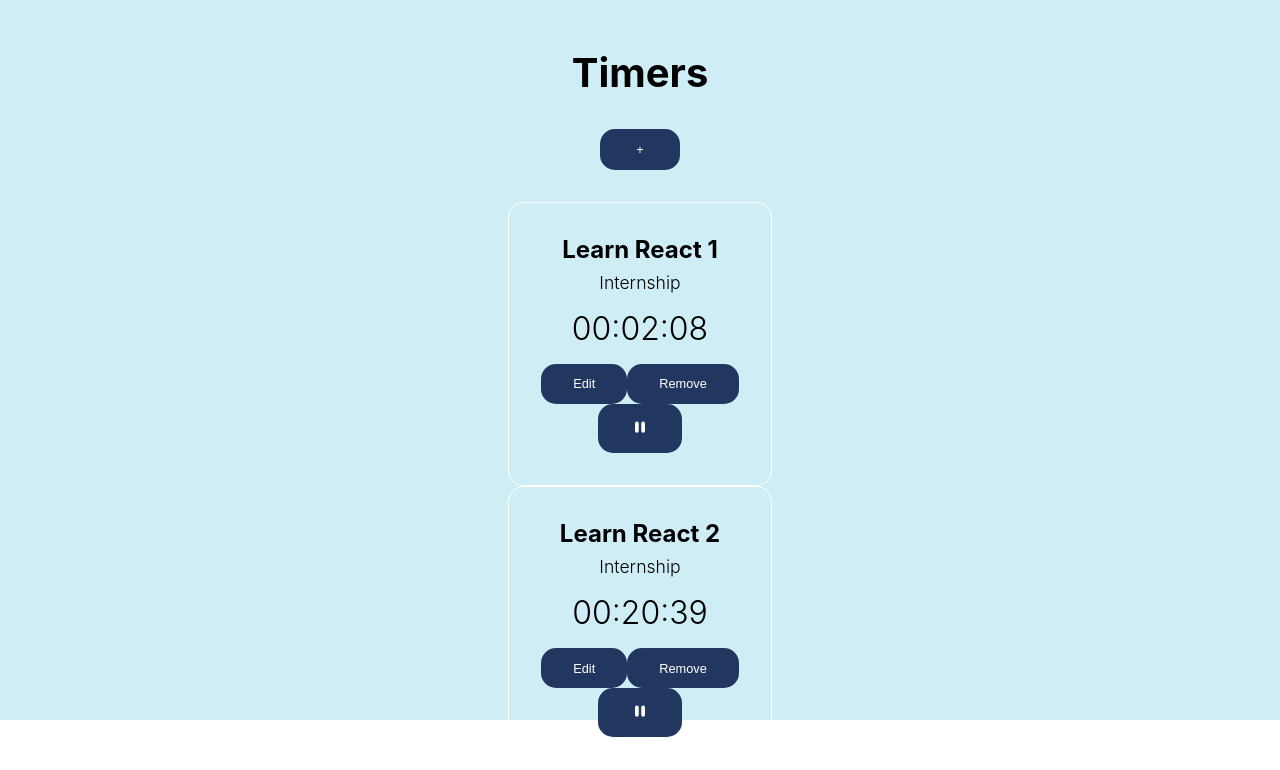
Repository: dqhuy153/react-timer
Page: /
These files come from the project's save history. The page is drawn as it stood at one moment and after the next save; the edit follows.
The browser window is 1280 px wide. The pictures show the whole page.
The project was rebuilt for these pictures with package versions that can differ from the ones it lists, and the page was loaded fresh each time. Also part of the build but not shown: src/components/TimerForm/TimerForm.module.scss, src/components/TimerForm/index.jsx, src/components/EditableTimerForm/EditableTimerForm.module.scss.

Above is the page before, as saved 2021-10-26 17:33:14.

### src/index.css
* {
  padding: 0;
  margin: 0;
  box-sizing: border-box;
}

body {
  margin: 0;
  font-family: -apple-system, BlinkMacSystemFont, 'Segoe UI', 'Roboto', 'Oxygen',
    'Ubuntu', 'Cantarell', 'Fira Sans', 'Droid Sans', 'Helvetica Neue',
    sans-serif;
  -webkit-font-smoothing: antialiased;
  -moz-osx-font-smoothing: grayscale;

  font-size: 62.5%;
}

code {
  font-family: source-code-pro, Menlo, Monaco, Consolas, 'Courier New',
    monospace;
}

### src/App.js
import { useEffect, useRef, useState } from 'react';
import './App.scss';

import EditableTimerForm from './components/EditableTimerForm';
import ToggleableTimerForm from './components/ToggeableTimerForm';
import { newTimer } from './utils/TimerUtils';

function App() {
  const timerRef = useRef();
  const [timers, setTimers] = useState([
    {
      id: 1,
      title: 'Learn React 1',
      project: 'Internship',
      time: 123454,
      isRunning: true,
    },
    {
      id: 2,
      title: 'Learn React 2',
      project: 'Internship',
      time: 1234545,
      isRunning: true,
    },
  ]);

  const handleUpdateTimer = (data) => {
    let newTimers;

    //if has no id, create a new one
    if (!data.id) {
      newTimers = [
        newTimer({
          title: data.title,
          project: data.project,
        }),
        ...timers,
      ];
    }
    //update existing timer
    else {
      newTimers = timers.map((timer, idx) => {
        if (timer.id === data.id) {
          return {
            ...timer,
            title: data.title,
            project: data.project,
          };
        }

        return timer;
      });
    }

    setTimers(newTimers);
  };

  useEffect(() => {
    clearTimeout(timerRef.current);

    timerRef.current = setTimeout(() => {
      const newTimers = timers.map((timer, idx) => {
        if (timer.isRunning)
          return {
            ...timer,
            time: timer.time + 1000,
          };

        return timer;
      });

      setTimers(newTimers);
    }, 1000);
  }, [timers]);

  return (
    <div className="App">
      <div className="body">
        <h1>Timers</h1>

        <ToggleableTimerForm onUpdate={handleUpdateTimer} />

        {timers.map((timer) => {
          return (
            <EditableTimerForm
              key={timer.id}
              id={timer.id}
              title={timer.title}
              project={timer.project}
              timer={timer.time}
              isRunning={timer.isRunning}
            />
          );
        })}
      </div>
    </div>
  );
}

export default App;

### src/App.scss
.App {
  background: #ceedf5;
}

.body {
  display: flex;
  justify-content: flex-start;
  align-items: center;
  flex-direction: column;
  padding: 3rem 0;
  height: 100vh;

  h1 {
    font-size: 2.5rem;
  }
}

### src/components/EditableTimerForm/index.jsx
import React, { useState } from 'react';
import Timer from '../Timer';
import TimerForm from '../TimerForm';

import styles from './EditableTimerForm.module.scss';

const EditableTimerForm = ({
  id,
  title,
  project,
  timer,
  isRunning,
  onUpdate,
  onRemove,
  onTimerClick,
}) => {
  const [isEdit, setIsEdit] = useState(false);

  const handleOpenEdit = () => {
    setIsEdit(true);
  };

  const handleCloseEdit = () => {
    setIsEdit(false);
  };

  const handleUpdate = (data) => {
    onUpdate(data);
    handleOpenEdit();
  };

  const content = isEdit ? (
    <TimerForm
      id={id}
      title={title}
      project={project}
      timer={timer}
      onCancel={handleCloseEdit}
      onUpdate={handleUpdate}
    />
  ) : (
    <Timer
      id={id}
      title={title}
      project={project}
      timer={timer}
      isRunning={isRunning}
      onEdit={handleOpenEdit}
      onRemove={onRemove}
      onTimerClick={onTimerClick}
    />
  );

  return <div className={styles.container}>{content}</div>;
};

export default EditableTimerForm;

### src/components/ToggeableTimerForm/index.jsx
import { useState } from 'react';
import Button from '../Button';
import TimerForm from '../TimerForm';

import styles from './ToggleableTimerForm.module.scss';

const ToggleableTimerForm = ({ onUpdate, ...props }) => {
  const [isOpen, setIsOpen] = useState(false);

  const handleOpenForm = () => {
    setIsOpen(true);
  };

  const handleCloseForm = () => {
    setIsOpen(false);
  };

  const handleUpdate = (data) => {
    onUpdate(data);
    handleCloseForm();
  };

  const content = isOpen ? (
    <TimerForm onCancel={handleCloseForm} onUpdate={handleUpdate} />
  ) : (
    <Button onClick={handleOpenForm}>+</Button>
  );

  return <div className={styles.container}>{content}</div>;
};

export default ToggleableTimerForm;

### src/utils/TimerUtils.js
import { v4 as uuidv4 } from 'uuid';

export const millisecondsToHuman = (ms) => {
  const seconds = Math.floor((ms / 1000) % 60);
  const minutes = Math.floor((ms / 1000 / 60) % 60);
  const hours = Math.floor(ms / 1000 / 60 / 60);

  const humanized = [
    pad(hours.toString(), 2),
    pad(minutes.toString(), 2),
    pad(seconds.toString(), 2),
  ].join(':');

  return humanized;
};

const pad = (numberString, size) => {
  let padded = numberString;
  while (padded.length < size) {
    padded = `0${padded}`;
  }
  return padded;
};

export const newTimer = (attrs = {}) => {
  const timer = {
    title: attrs.title || 'Timer',
    project: attrs.project || 'Project',
    id: uuidv4(),
    time: 0,
    isRunning: false,
  };

  return timer;
};

### src/components/Timer/index.jsx
import React from 'react';
import { BsPauseFill, BsPlayFill } from 'react-icons/bs';

import { millisecondsToHuman } from '../../utils/TimerUtils';
import Button from '../Button';
import styles from './Timer.module.scss';

const Timer = ({
  title,
  project,
  timer,
  isRunning,
  onEdit,
  onRemove,
  onTimerClick,
}) => {
  const buttonLabel = isRunning ? (
    <BsPauseFill size={20} />
  ) : (
    <BsPlayFill size={20} />
  );

  return (
    <div className={styles.container}>
      <h2>{title}</h2>
      <p>{project}</p>
      <p className={styles.timer}>{millisecondsToHuman(timer)}</p>

      <div className={styles.btn_container}>
        <Button className={styles.btn} onClick={onEdit}>
          Edit
        </Button>
        <Button className={styles.btn} onClick={onRemove}>
          Remove
        </Button>
      </div>

      <Button className={styles.timer_btn} onClick={onTimerClick}>
        {buttonLabel}
      </Button>
    </div>
  );
};

export default Timer;

### src/components/Button/index.jsx
import React from 'react';

import styles from './Button.module.scss';

const Button = ({
  children,
  onClick,
  className,
  bgColor = '#22375f',
  color = '#fff',
  hoverColor = '#22375f',
  hoverBgColor = '#fff',
  ...rest
}) => {
  return (
    <button
      style={{
        '--bg-color': bgColor,
        '--color': color,
        '--hover-color': hoverColor,
        '--hover-bg-color': hoverBgColor,
      }}
      className={`${styles.container} ${className}`}
      onClick={onClick}
      children={children}
      {...rest}
    ></button>
  );
};

export default Button;

### src/components/ToggeableTimerForm/ToggleableTimerForm.module.scss
.container {
  margin: 2rem;
}

### src/components/Timer/Timer.module.scss
.container {
  text-align: center;
  border: 1px solid #fff;
  padding: 2rem;
  border-radius: 15px;
  transition: all 0.2s linear;

  &:hover {
    box-shadow: rgba(100, 100, 111, 0.2) 0px 7px 29px 0px;
    background: #ffffff;
  }

  h2 {
    font-size: 1.5rem;
    margin-bottom: 0.5rem;
  }
  p {
    font-size: 1.1rem;
    font-weight: 300;
    margin-bottom: 1rem;
  }

  .timer {
    font-size: 2rem;
  }

  .btn_container {
  }
}

### src/components/Button/Button.module.scss
.container {
  padding: 0.8rem 2rem;
  min-width: 5rem;
  border: none;
  color: var(--color);
  border-radius: 15px;
  background: var(--bg-color);
  font-size: 0.8rem;
  cursor: pointer;
  transition: all 0.2s linear;

  &:hover {
    box-shadow: rgba(100, 100, 111, 0.3) 0px 7px 29px 0px;
    background: var(--hover-bg-color);
    color: var(--hover-color);
    font-weight: bold;
  }

  &:active {
    transform: translateY(2px);
  }
}

Loaded but not shown: public/index.html (common file); src/index.js (common file); src/reportWebVitals.js (common file)

After the next save:
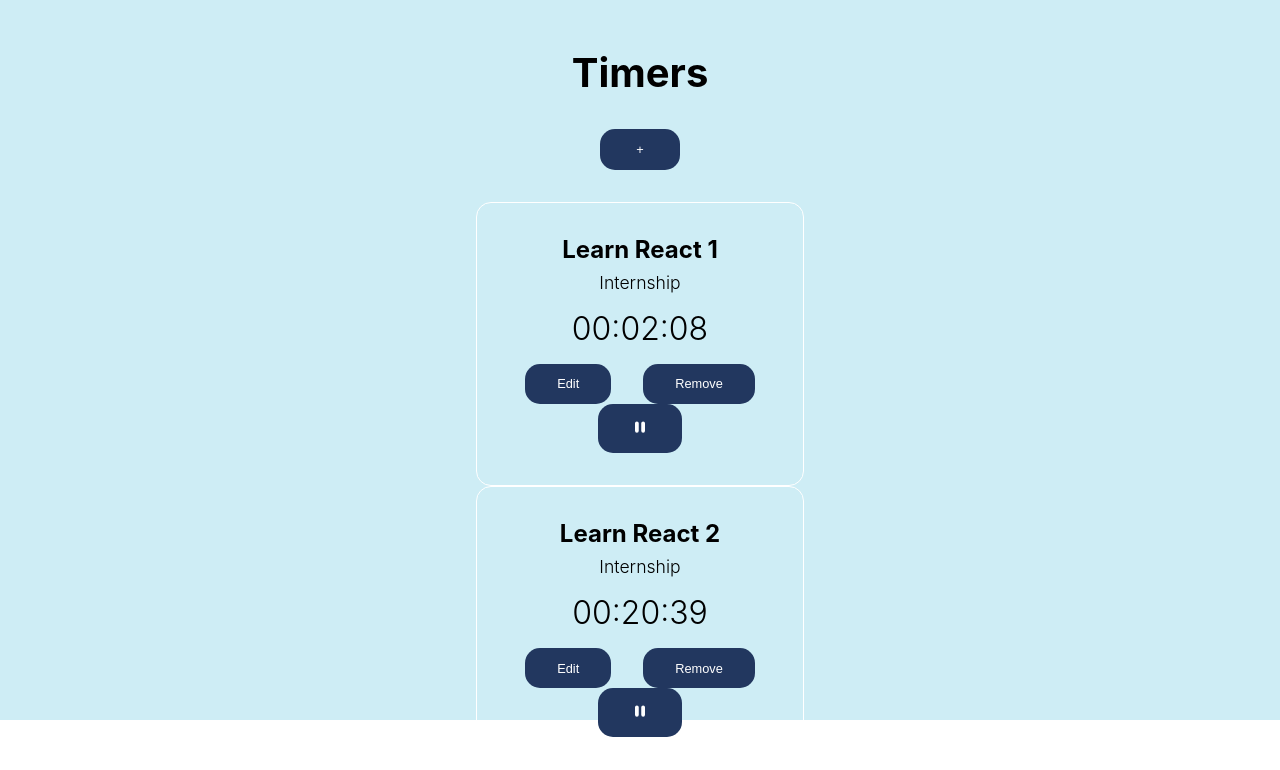
Saved 27 s later.
--- a/src/components/Timer/Timer.module.scss
+++ b/src/components/Timer/Timer.module.scss
@@ -25,5 +25,8 @@
   }
 
   .btn_container {
+    .btn {
+      margin: 0 1rem;
+    }
   }
 }
